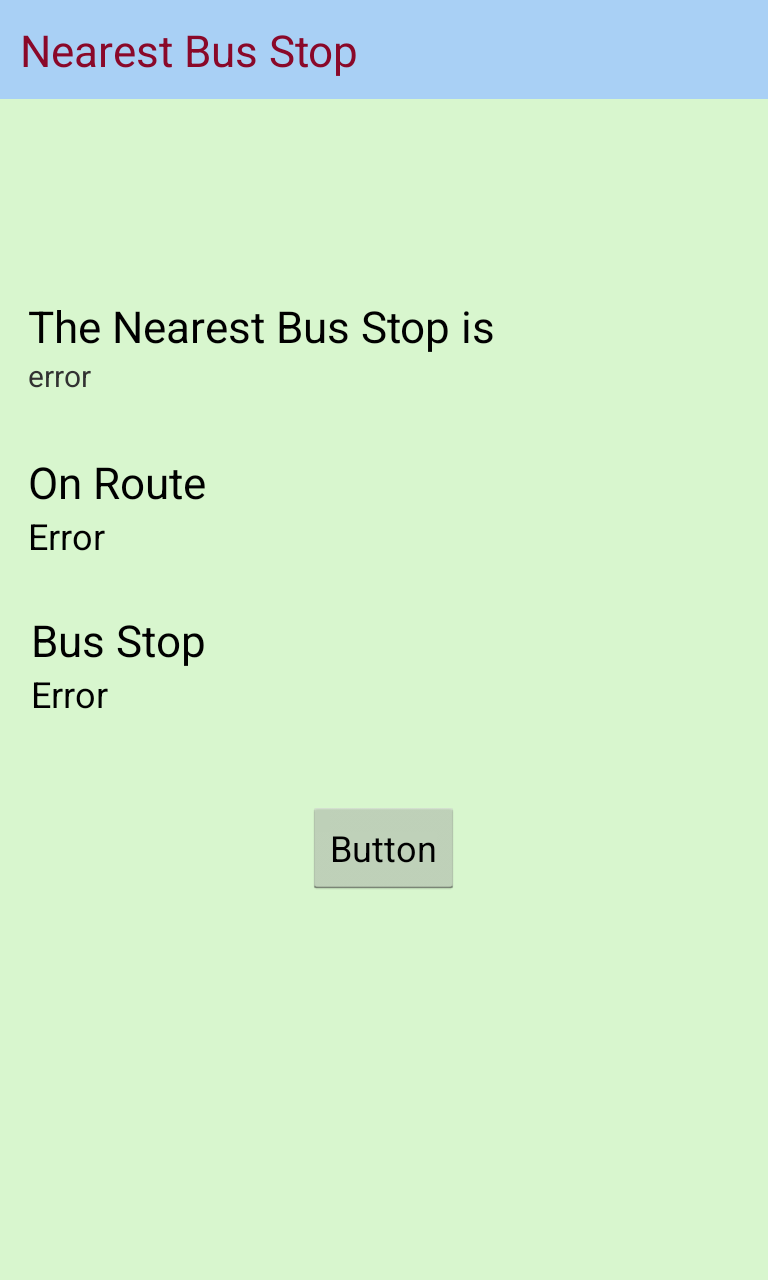
Repository: patheon17/myrepo2
Layout: workspace/UMBusTracking/res/layout/activity_nearest_stop.xml
An editor plug-in stored every save of this project. The layout is shown before and after the next save, followed by the edit.
It is drawn on a 768 x 1280 px phone screen (xhdpi) without system bars, with theme AppTheme; the app's code is not run.

Above is the layout before, as saved 2013-10-04 06:02:05.

After the next save:
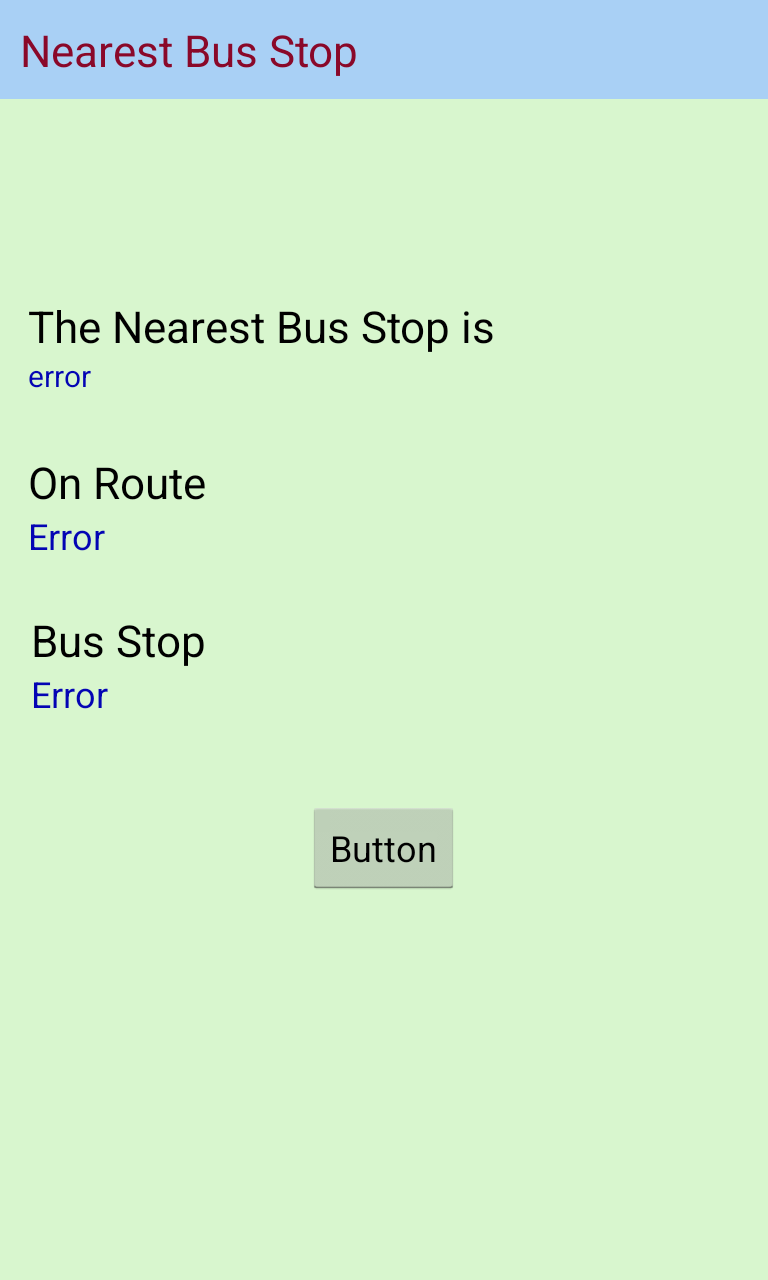
Saved 2 min 19 s later.
--- a/workspace/UMBusTracking/res/layout/activity_nearest_stop.xml
+++ b/workspace/UMBusTracking/res/layout/activity_nearest_stop.xml
@@ -44,7 +44,8 @@
         android:layout_marginBottom="25dp"
         android:gravity="center"
         android:text="Error"
-        android:textAppearance="?android:attr/textAppearanceMedium" />
+        android:textAppearance="?android:attr/textAppearanceMedium"
+        android:textColor="#0404B4" />
 
     <TextView
         android:id="@+id/textView1"
@@ -64,6 +65,7 @@
         android:layout_alignLeft="@+id/textView1"
         android:layout_marginBottom="28dp"
         android:text="@string/displaystop"
+        android:textColor="#0404B4"
         android:textSize="15dp" />
 
     <TextView
@@ -82,6 +84,7 @@
         android:layout_alignLeft="@+id/busstop"
         android:layout_below="@+id/busstop"
         android:text="Error"
-        android:textAppearance="?android:attr/textAppearanceMedium" />
+        android:textAppearance="?android:attr/textAppearanceMedium"
+        android:textColor="#0404B4" />
 
 </RelativeLayout>
